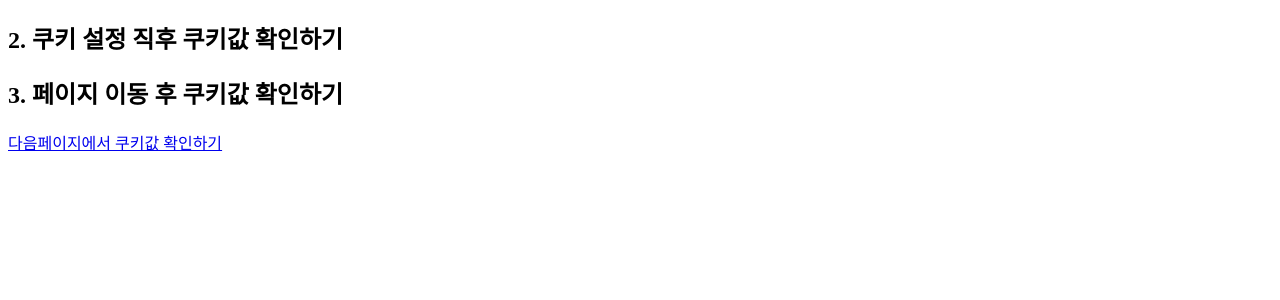
Repository: bhj305/JSP_Servlet
Page: http://localhost/MustHaveJSP/04Cookie/CookieMain.jsp
The author's editor kept a copy of each file at every save. The page is drawn from the files as they stood at one save, then again after a run of saves.
The browser window is 1280 px wide. The pictures show the whole page.
The page is served by Tomcat 10.

Above is the page before, as saved 2025-05-07 04:39:15.

After the next 2 saves:
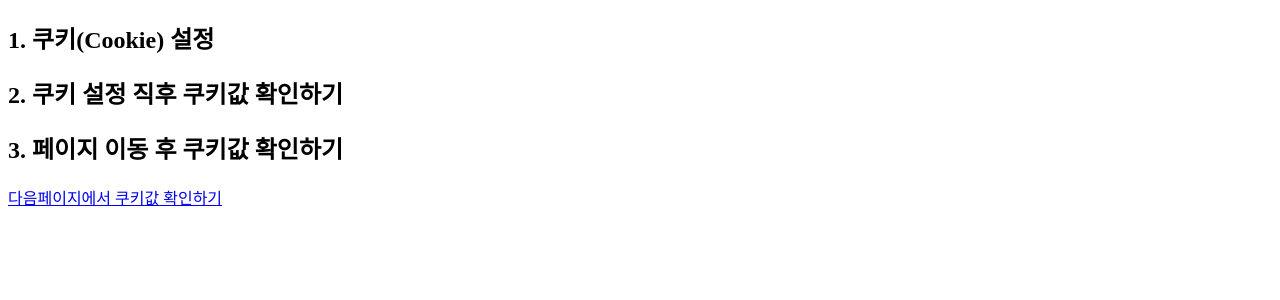
The 2 saves are shown as one change because they came seconds apart.
The last was saved 86 s later.
--- a/MustHaveJSP/src/main/webapp/04Cookie/CookieMain.jsp
+++ b/MustHaveJSP/src/main/webapp/04Cookie/CookieMain.jsp
@@ -7,8 +7,13 @@
 	<title>Cookie</title>
 	</head>
 	<body>
-
-
+		<h2>1. 쿠키(Cookie) 설정</h2>
+		<%
+		Cookie cookie = new Cookie("myCookie", "맛나욤");
+		cookie.setPath(request.getContextPath());
+		cookie.setMaxAge(1800);
+		response.addCookie(cookie);
+		%>
 		<h2>2. 쿠키 설정 직후 쿠키값 확인하기</h2>
 		<%
 		Cookie[] cookies = request.getCookies();
